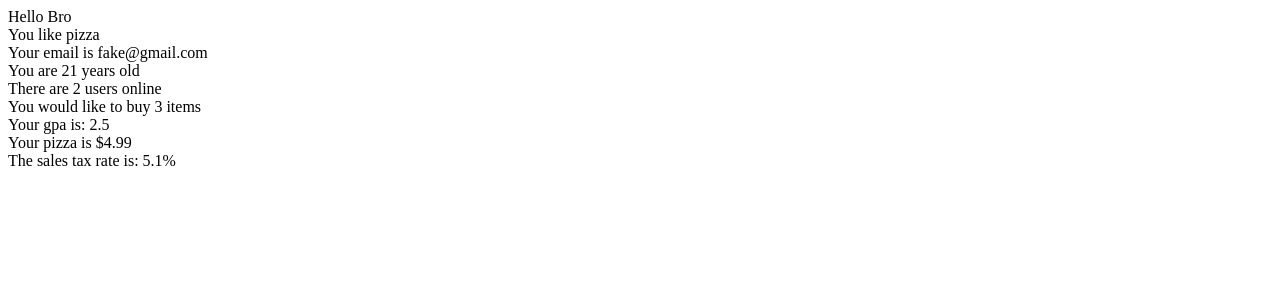
Repository: PannDev/BelajarPHP
Page: http://localhost/BroCode/2 - Variable/index.php
An editor plug-in stored every save of this project. The page is shown before and after the next save, followed by the edit.
The browser window is 1280 px wide. The pictures show the whole page.
The page is run by PHP 8.4 with error messages shown; the project is at /var/www/html/.

Above is the page before, as saved 2026-10-10 17:05:43.

After the next save:
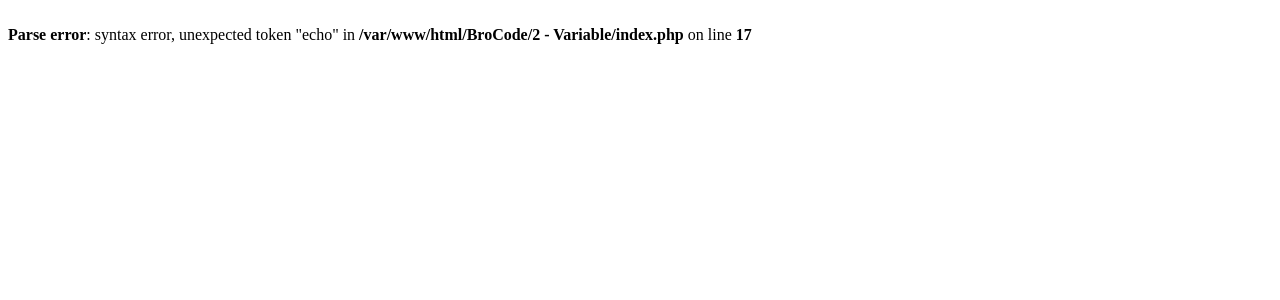
Saved 6 s later.
--- a/BroCode/2 - Variable/index.php
+++ b/BroCode/2 - Variable/index.php
@@ -12,6 +12,8 @@
     $price = 4.99;
     $tax_rate = 5.1;
 
+    $employed
+
     echo "Hello {$name} <br>";
     echo "You like {$food} <br>";
     echo "Your email is {$email} <br>";

After the save that followed:
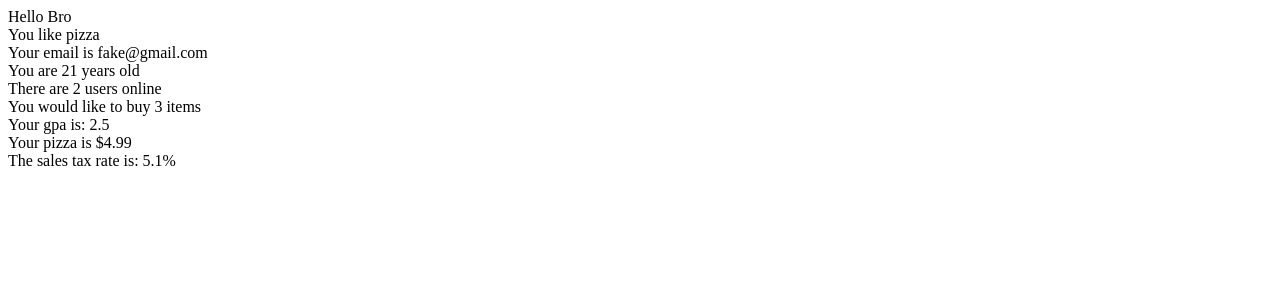
Saved 9 s later.
--- a/BroCode/2 - Variable/index.php
+++ b/BroCode/2 - Variable/index.php
@@ -12,7 +12,9 @@
     $price = 4.99;
     $tax_rate = 5.1;
 
-    $employed
+    $employed = true;
+    $online = false;
+
 
     echo "Hello {$name} <br>";
     echo "You like {$food} <br>";
